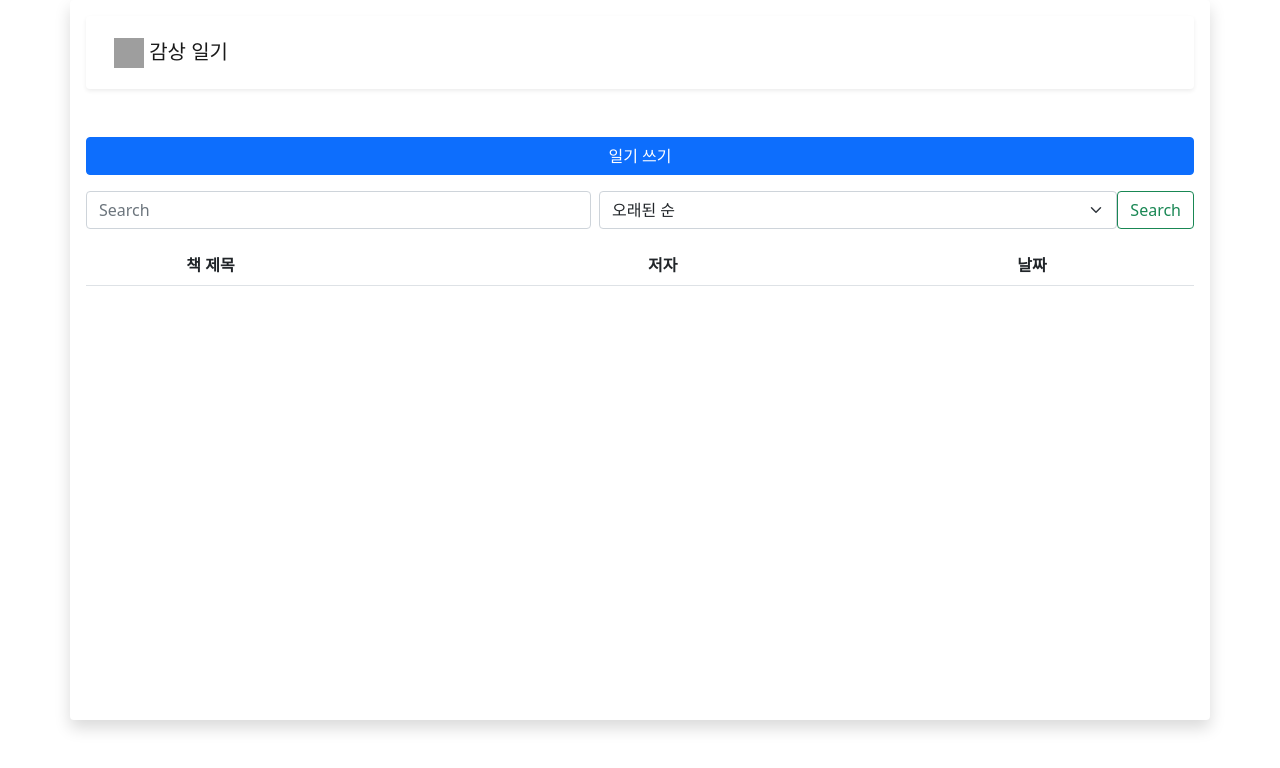
Repository: EunSung98/readMemo
Page: http://localhost/cultureMemoProject/memo/diary.jsp
An editor plug-in stored every save of this project. The page is shown before and after the next save, followed by the edit.
The browser window is 1280 px wide. The pictures show the whole page.
Pictures or frames that could not be fetched are drawn as grey boxes. The page is served by Tomcat 9. Queries for data that is not in the repository find no rows.

Above is the page before, as saved 2023-06-07 01:08:45.

After the next save:
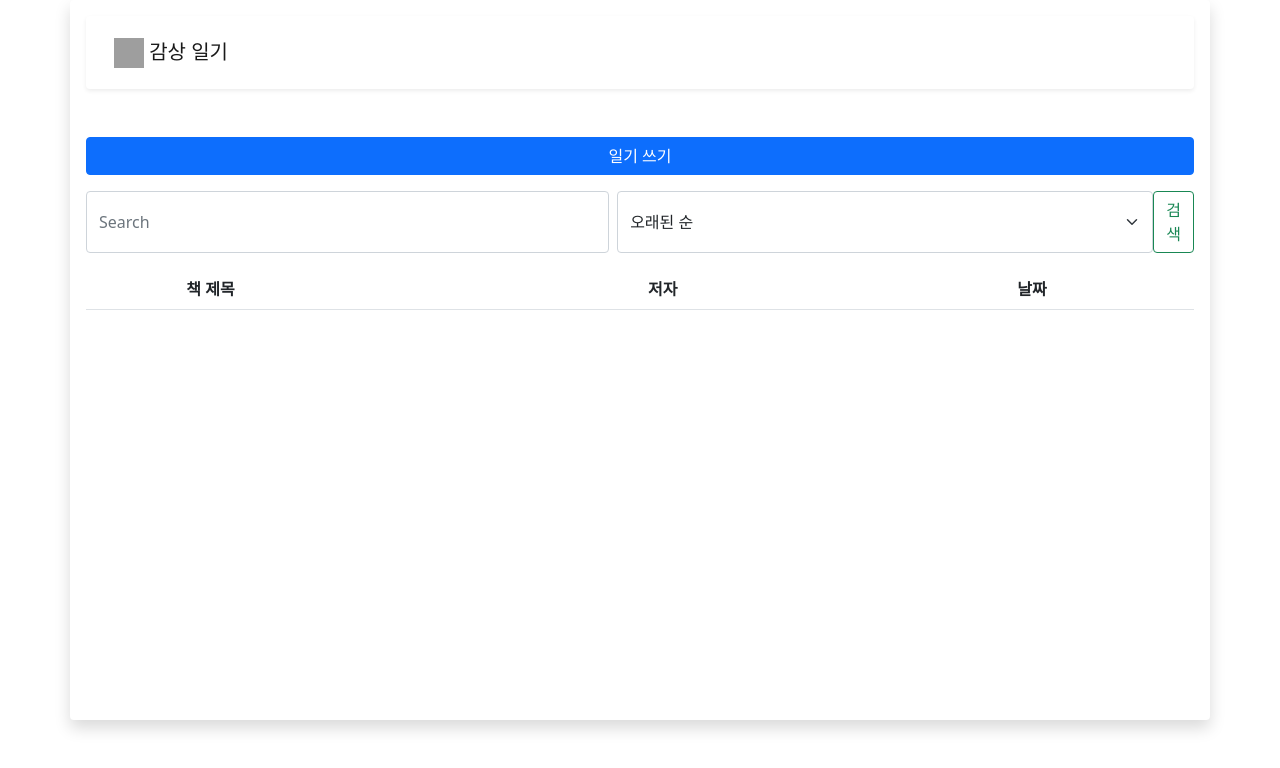
Saved 7 s later.
--- a/cultureMemoProject/src/main/webapp/memo/diary.jsp
+++ b/cultureMemoProject/src/main/webapp/memo/diary.jsp
@@ -21,7 +21,7 @@
 			  <option value="1" selected>오래된 순</option>
 			  <option value="2">최신순</option>
 			</select>
-	    <button class="btn btn-outline-success" type="submit">Search</button>
+	    <button class="btn btn-outline-success" type="submit">검색</button>
 	  </form>
 
 	<table class="table table-striped mt-3">
